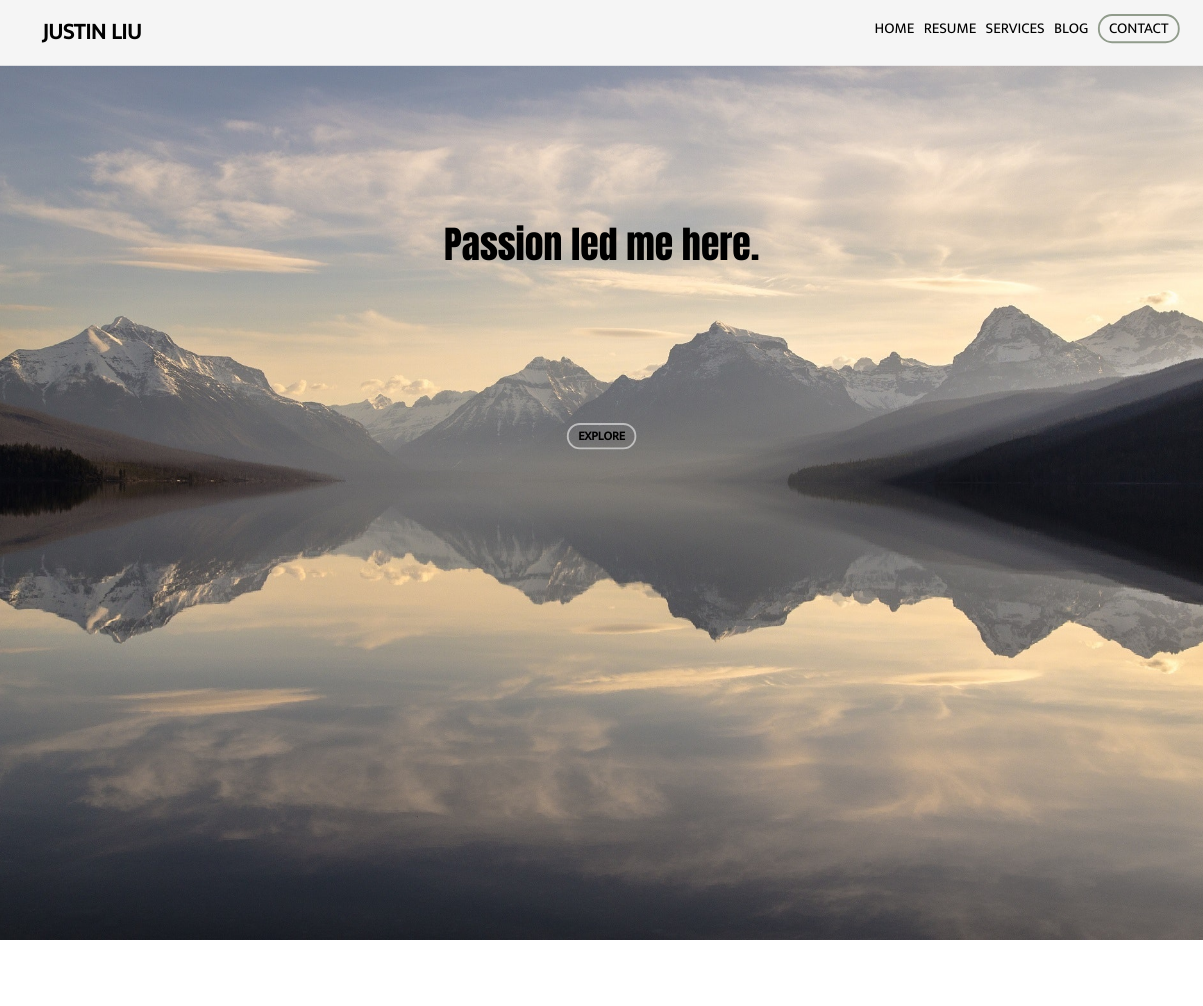
Repository: justinliu88/personal-projects
Page: index.html
An editor plug-in stored every save of this project. The page is shown before and after the next save, followed by the edit.
The browser window is 1280 px wide. The pictures show the whole page, at 94% of full size.
Some web libraries are served in a nearby version. The style sheet was rebuilt from its Sass, Less or Tailwind sources for each picture, by a compiler version that may differ from the author's.

Above is the page before, as saved 2020-03-17 13:18:44.

### index.html
<!DOCTYPE html>
<html lang="en">

<head>
    <meta charset="UTF-8">
    <meta name="viewport" content="width=device-width, initial-scale=1.0">
    <title>Personal Website</title>
    <link rel="stylesheet" href="main.css" type="text/css">
    <link rel="stylesheet" href="https://fonts.googleapis.com/css?family=Mukta&display=swap">
    <link rel="stylesheet" href="https://fonts.googleapis.com/css?family=Anton&display=swap">
    <script src="http://ajax.googleapis.com/ajax/libs/jquery/1.7.1/jquery.min.js" type="text/javascript"></script>
    <script src="./main.js"></script>
</head>

<body>
    <nav class="container-navbar">
        <h2 class="container-navbar__name">JUSTIN LIU</h2>
        <ul class="container-navbar__options">
            <li class="container-navbar__options__buttons">
                <a class="container-navbar__options__link" href="#">HOME</a>
            </li>
            <li class="container-navbar__options__buttons">
                <a class="container-navbar__options__link" href="#">RESUME</a>
            </li>
            <li class="container-navbar__options__buttons">
                <a class="container-navbar__options__link" href="#">SERVICES</a>
            </li>
            <li class="container-navbar__options__buttons">
                <a class="container-navbar__options__link" href="#">BLOG</a>
            </li>
            <li class="container-navbar__options__buttons">
                <a id="contactLink" class="container-navbar__options__link" href="#">CONTACT</a>
            </li>
        </ul>
    </nav>

    <div class="container-slogan">
        <p class="container-slogan__content">
            Passion led me here.
        </p>
        <div class="container-slogan__button from-top">
            <button type="button">EXPLORE</button>
        </div>
    </div>



</body>

</html>

### main.scss
body {
    margin: 0px;
    background-image: url("./img/website-background.jpg");
    height: 1000px;
    background-position: center;
    background-repeat: no-repeat;
    background-size: cover;
}

.container-navbar {
    width: auto;
    display: flex;
    flex-direction: row;
    justify-content: space-between;
    background-color: whitesmoke;
    &__name {
        font-family: Mukta;
        font-size: bold;
        font-weight: bolder;
        text-align: center;
        align-items: center;
        padding-left: 30px;
        margin: 15px;
    }
    &__options {
        height: 60px;
        display: flex;
        flex-direction: row;
        list-style: none;
        justify-content: flex-end;
        align-items: center;
        margin: 0px;
        padding-right: 20px;
        &__buttons {
            align-items: center;
            text-align: center;
            padding: 5px;
        }
        &__link {
            font-family: Mukta;
            font-size: bold;
            text-decoration: none;
            transition: all 0.1s ease 0s;
            color: black;
            &:hover {
                color: #919c8c;
                border-bottom: 3px solid #919c8c;
                transition: all 0.1s ease 0s;
            }
        }
        #contactLink {
            border: 2px solid #919c8c;
            border-radius: 15px;
            padding-left: 10px;
            padding-right: 10px;
            &:hover {
                text-shadow: 0px 0px 6px rgba(151, 151, 151, 0.486);
                -webkit-box-shadow: 0px 5px 40px -10px rgba(0, 0, 0, 0.57);
                -moz-box-shadow: 0px 5px 40px -10px rgba(0, 0, 0, 0.57);
                transition: all 0.4s ease 0s;
            }
        }
    }
}

.container-slogan {
    display: flex;
    flex-direction: column;
    justify-content: top;
    align-items: center;
    height: 100%;
    width: 100%;
    &__content {
        font-family: Anton;
        font-size: 40px;
        height: 300px;
        width: 400px;
        display: flex;
        justify-content: center;
        align-items: center;
    }
    &__button button {
        font-family: Mukta;
        font-weight: bold;
        text-decoration: none;
        background-color: Transparent;
        background-repeat: no-repeat;
        border: 2px solid rgba(255, 255, 255, 0.548);
        border-radius: 15px;
        padding-left: 10px;
        padding-right: 10px;
        cursor: pointer;
        overflow: hidden;
        outline: white;
        transition: all 0.4s ease 0s;
        &:hover {
            background: #8a8a8a;
            letter-spacing: 1px;
            -webkit-box-shadow: 0px 5px 40px -10px rgba(0, 0, 0, 0.57);
            -moz-box-shadow: 0px 5px 40px -10px rgba(0, 0, 0, 0.57);
            box-shadow: 5px 40px -10px rgba(0, 0, 0, 0.57);
            transition: all 0.2s ease 0s;
        }
    }
}

Loaded but not shown: main.js (no stored copy; drawn as an empty file)

After the next save:
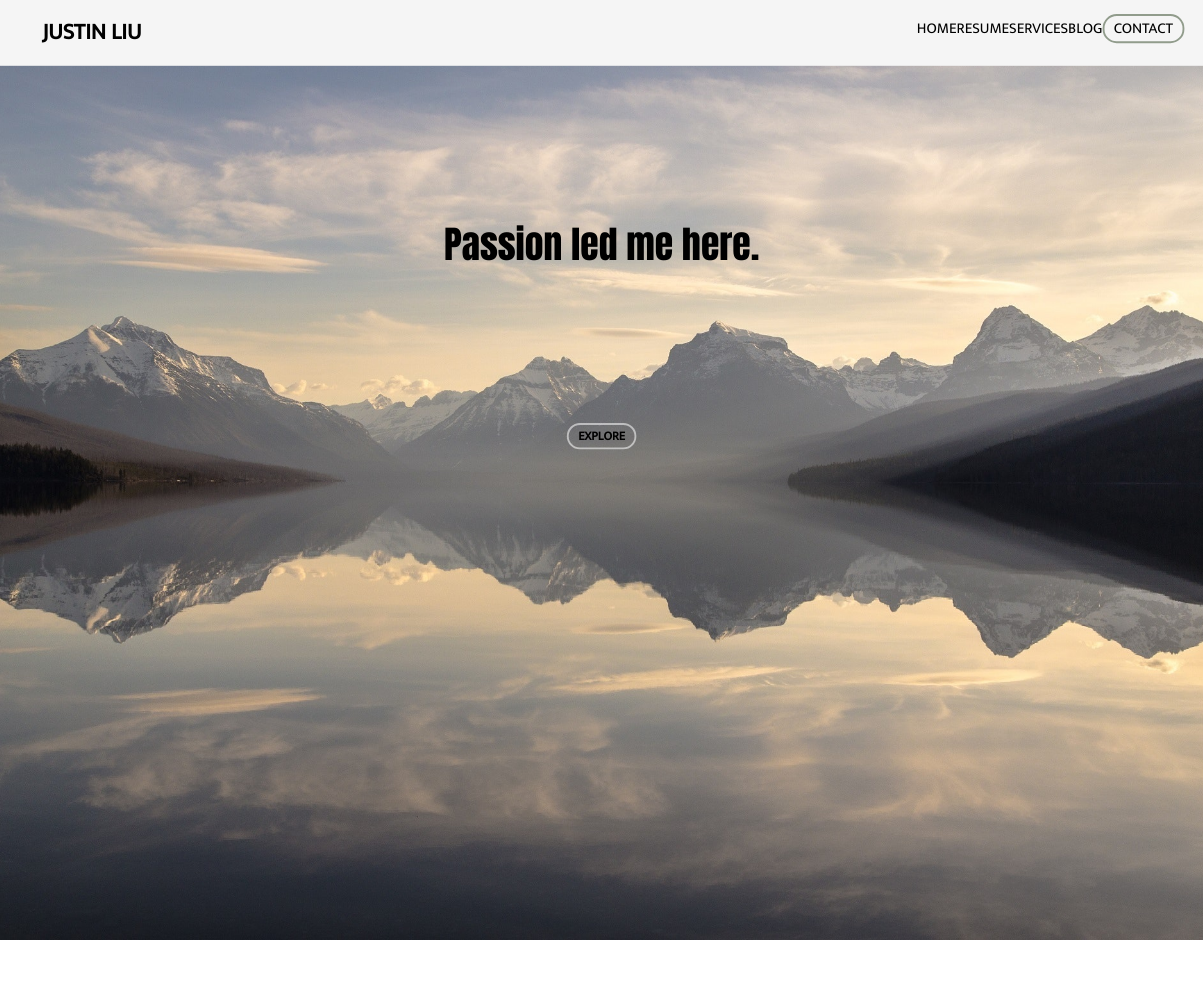
Saved 21 s later.
--- a/main.scss
+++ b/main.scss
@@ -34,7 +34,7 @@
         &__buttons {
             align-items: center;
             text-align: center;
-            padding: 5px;
+            padding: 0px;
         }
         &__link {
             font-family: Mukta;

After the save that followed:
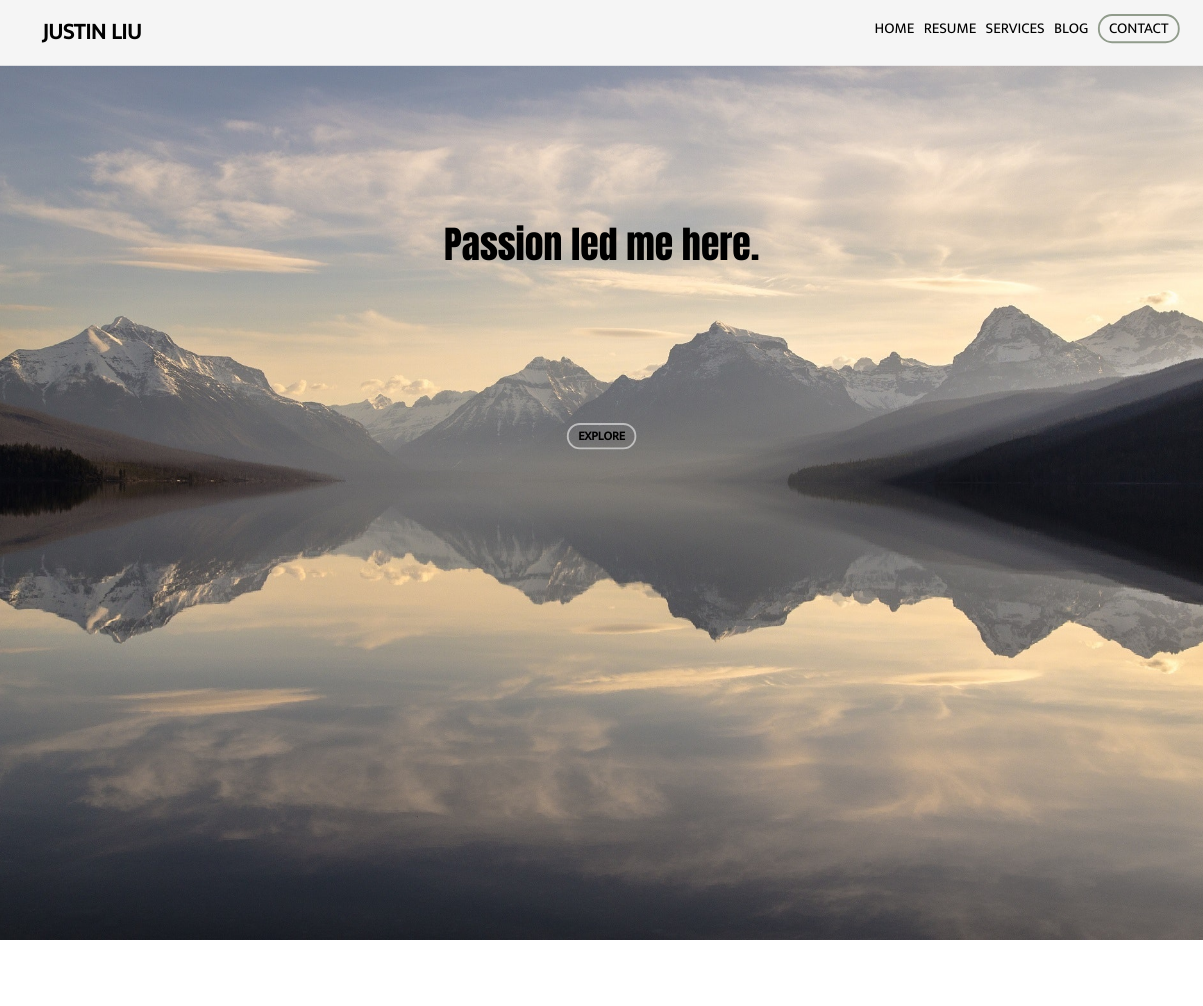
Saved 11 s later.
--- a/main.scss
+++ b/main.scss
@@ -34,7 +34,7 @@
         &__buttons {
             align-items: center;
             text-align: center;
-            padding: 0px;
+            padding: 5px;
         }
         &__link {
             font-family: Mukta;
